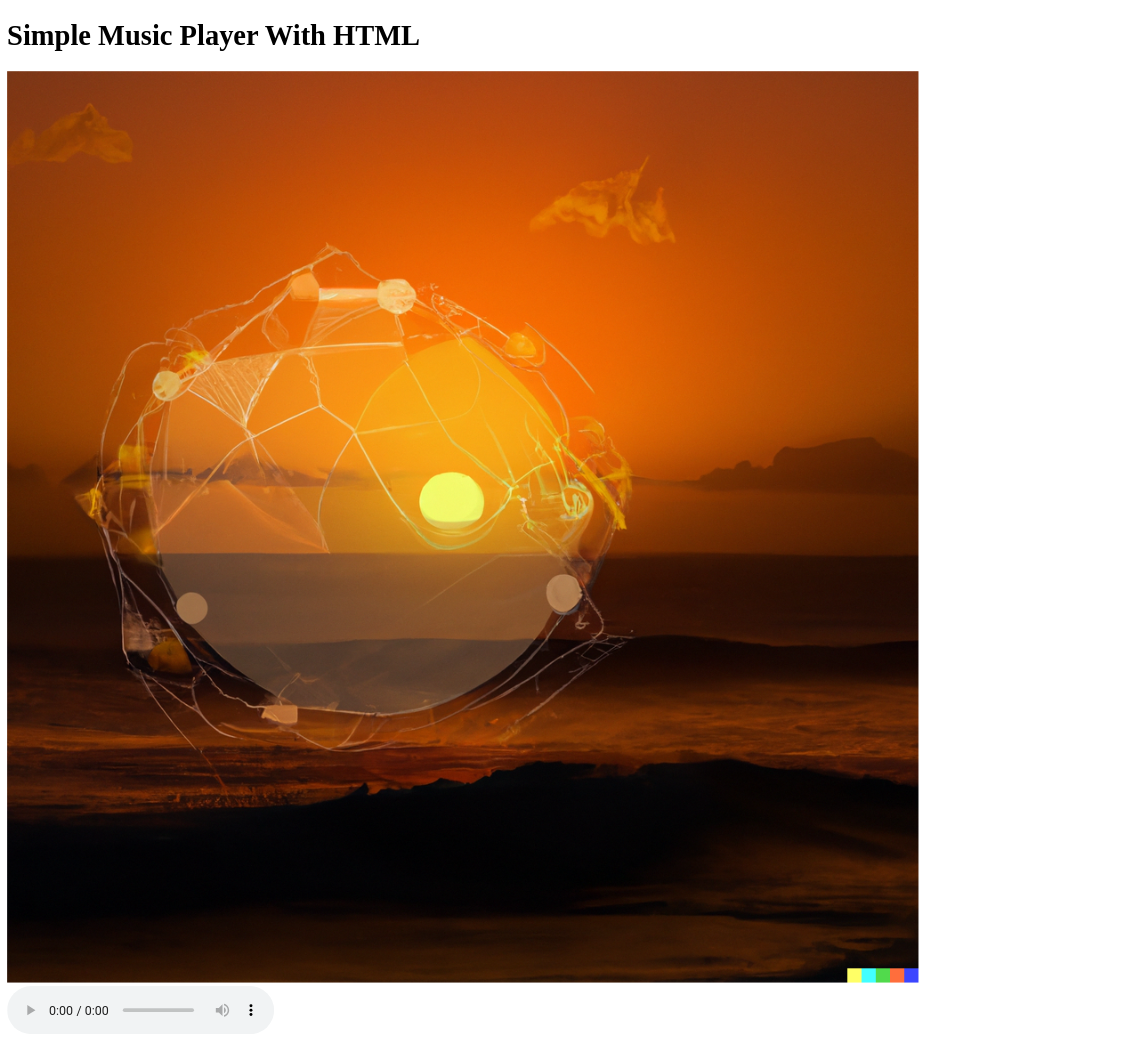
Repository: punitbathija/Placement-Assitance-iNeuron
Page: musicplayer.html
The author's editor kept a copy of each file at every save. The page is drawn from the files as they stood at one save, then again after the next save.
The browser window is 1280 px wide. The pictures show the whole page, at 89% of full size.

Above is the page before, as saved 2023-05-18 15:03:39.

### musicplayer.html
<!DOCTYPE html>
<html lang="en">
  <head>
    <meta charset="UTF-8" />
    <meta http-equiv="X-UA-Compatible" content="IE=edge" />
    <meta name="viewport" content="width=device-width, initial-scale=1.0" />
    <title>Music Player</title>
  </head>
  <body>
    <header>
      <h1>Simple Music Player With HTML</h1>
    </header>
    <section>
      <img src="./cover.png" />
      <audio controls>
        <source src="leva-eternity.mp3" type="audio/mp3" />
      </audio>
    </section>
  </body>
</html>

After the next save:
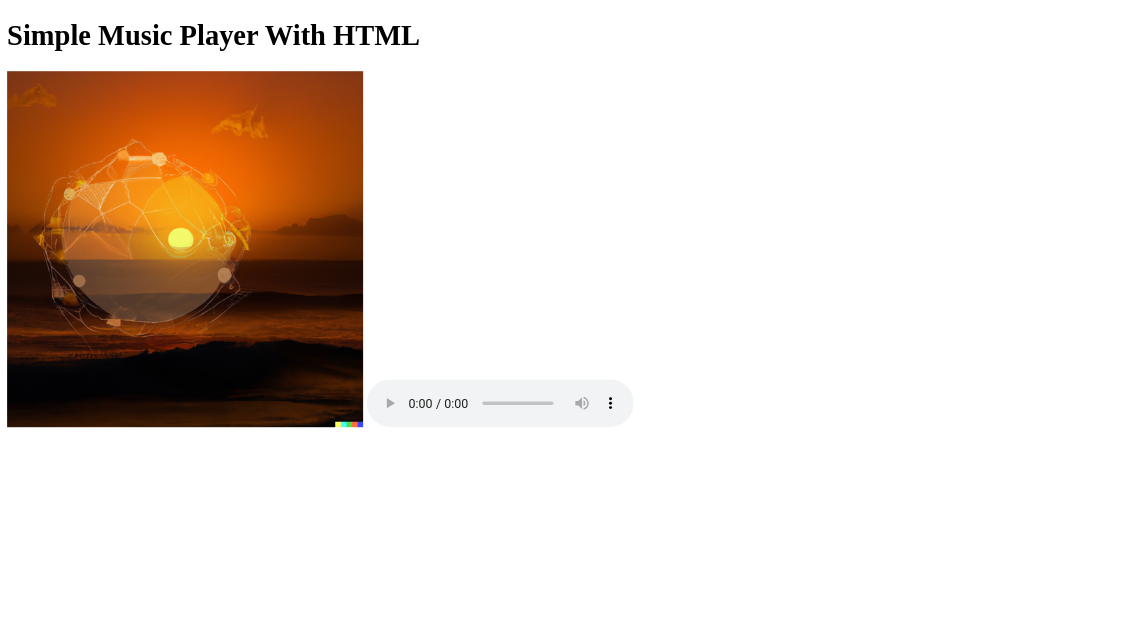
Saved 16 s later.
--- a/musicplayer.html
+++ b/musicplayer.html
@@ -11,7 +11,7 @@
       <h1>Simple Music Player With HTML</h1>
     </header>
     <section>
-      <img src="./cover.png" />
+      <img src="./cover.png" height="400px" width="400px" />
       <audio controls>
         <source src="leva-eternity.mp3" type="audio/mp3" />
       </audio>
